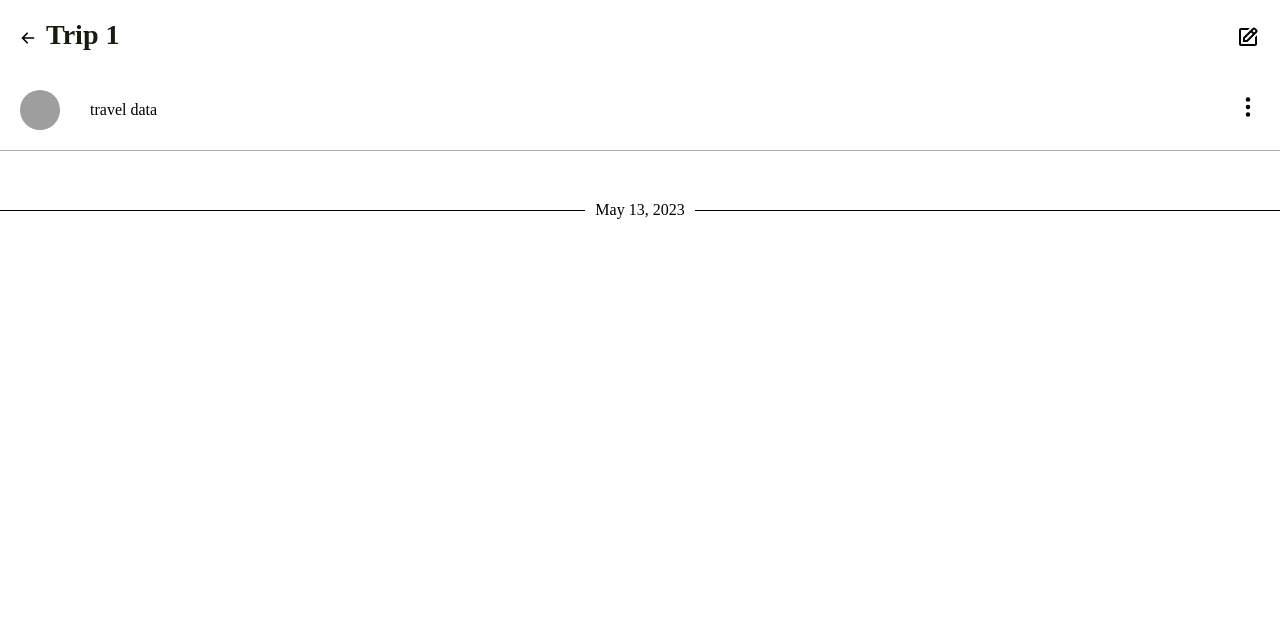
Repository: Abhi2359/PWA_Corider
Page: /
An editor plug-in stored every save of this project. The page is shown before and after the next save, followed by the edit.
The browser window is 1280 px wide. The pictures show the whole page.
Pictures or frames that could not be fetched are drawn as grey boxes. The page's requests for data from a server got no answer. The project was rebuilt for these pictures with package versions that can differ from the ones it lists, and the page was loaded fresh each time. No one was signed in, and anything a server would have sent is missing. Also part of the build but not shown: vite.config.js.

Above is the page before, as saved 2023-05-13 02:37:38.

### src/App.jsx
import { useEffect, useState } from 'react';
import './App.css'
import { fetchData } from './api/fetchData'
import Header from './Header';

function App() {
  const [data, setData] = useState([]);
  const [isLoading, setIsLoading] = useState(false);
  const [error, setError] = useState(null);

  useEffect(() => {
    const fetchDataFromApi = async () => {
      setIsLoading(true);

      try {
        const apiData = await fetchData();
        setData(apiData);
      } catch (error) {
        setError(error.message);
      }

      setIsLoading(false);
    };

    fetchDataFromApi();
  }, []);



  return (
    <>
    <div>
    <Header/>
    </div>
    </>
  )
}

export default App

### src/App.css
*{
    margin: 0;
    padding: 0;
    box-sizing: border-box;
}

/* Header css */
.trip{
    display: flex;
    align-items: center;
    justify-content: space-between;
    margin: 10px;
    padding: 10px;
}
.icon {
    margin-right: 10px;
  }

  .trip_no {
    margin-right: auto;
    margin-bottom: 10px;
    width: 275px;
height: 30px;

font-family: 'Mulish';
font-style: normal;
font-weight: 700;
font-size: 24px;
line-height: 30px;

color: #141E0D;
  }

  .edit_icon {
    margin-left: 10px;
   font-size: 24px;
  }


  .trip_details{
    display: flex;
    align-items: center;
    justify-content: space-between;
    margin: 10px;
    padding: 10px;
}

.user_icon {
    width: 40px;
    height: 40px;
    border-radius: 50%;
    overflow: hidden;
    margin-right: 30px;
  }

  .user_icon img {
    width: 100%;
    height: 100%;
    object-fit: cover;
  }


.travel_data{
    margin-right: auto;
}

.dot_icon{
    margin-left: 10px;
    font-size: 24px;
}
.line {
    border-top: 0.5px solid #adacac;
    margin: 10px 0;
    padding-bottom: 40px;
  }

  .date_container {
    display: flex;
    align-items: center;
  }

  .date-line {
    flex-grow: 1;
    height: 1px;
    background-color: black;
  }

  .date {
    margin: 0 10px;
  }

### src/api/fetchData.js
import axios from "axios";

const API_URL = "http://3.111.128.67/assignment/chat";

export const fetchData = async (page) => {
    try {
      const response = await axios.get(API_URL, {
        params: { page },
      });
      return response.data;
    } catch (error) {
      throw new Error('Error while fetching data');
    }
  };

### src/Header.jsx
import React from "react";
import { HiArrowLeft } from "react-icons/hi";
import { BiEdit } from "react-icons/bi";
import { BsThreeDotsVertical } from "react-icons/bs";
import styles from "./App.css";
const Header = () => {
  return (
    <>
      <div className="header">
        <div className="trip">
          <div className="icon">
            <HiArrowLeft />
          </div>
          <div className="trip_no">
            <h3>Trip 1</h3>
          </div>
          <div className="edit_icon">
            <BiEdit />
          </div>
        </div>
        <div className="trip_details">
          <div className="user_icon">
            <img
              src="https://fastly.picsum.photos/id/1072/160/160.jpg?hmac=IDpbpA5neYzFjtkdFmBDKXwgr-907ewXLa9lLk9JuA8"
              alt=""
            />
          </div>
          <div className="travel_data">travel data</div>
          <div className="dot_icon">
            <BsThreeDotsVertical />
          </div>
        </div>
        <div className="line"></div>
        <div className="date_container">
          <div className="date-line"></div>
          <div className="date">May 13, 2023</div>
          <div className="date-line"></div>
        </div>
      </div>
    </>
  );
};

export default Header;

Loaded but not shown: index.html (common file); src/main.jsx (common file)

After the next save:
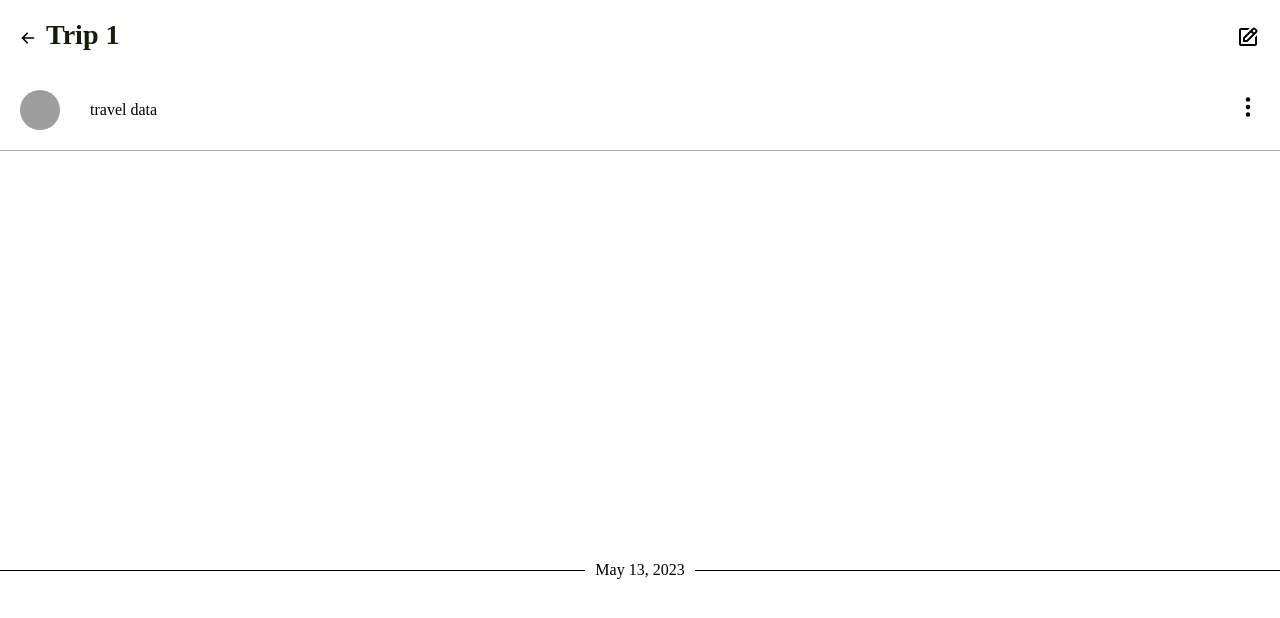
Saved 19 s later.
--- a/src/App.css
+++ b/src/App.css
@@ -71,7 +71,7 @@ color: #141E0D;
 .line {
     border-top: 0.5px solid #adacac;
     margin: 10px 0;
-    padding-bottom: 40px;
+    padding-bottom: 400px;
   }
 
   .date_container {
